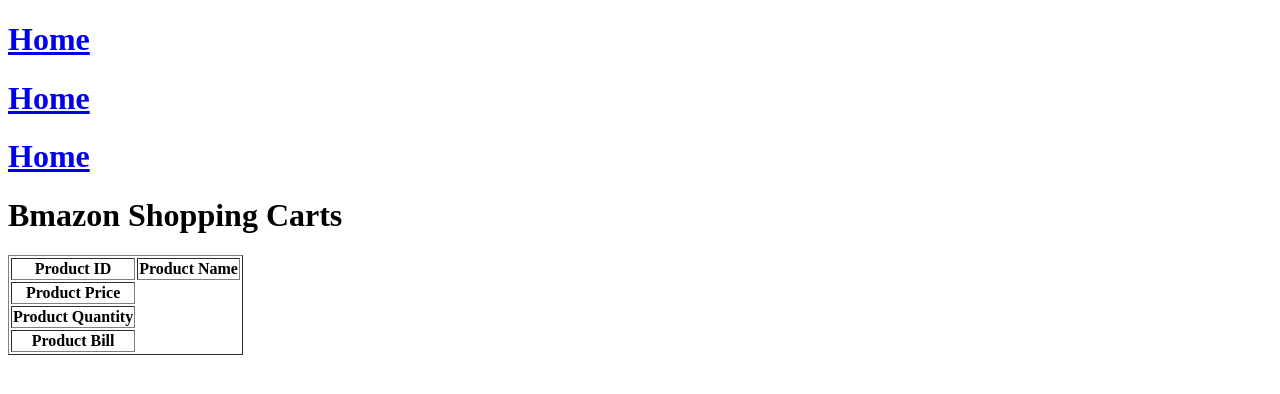
Repository: shivendra05/WebService_SpringRest
Page: http://localhost/23_MVC_JPA/WEB-INF/views/usersData.jsp
An editor plug-in stored every save of this project. The page is shown before and after the next save, followed by the edit.
The browser window is 1280 px wide. The pictures show the whole page.
The page is served by Tomcat 9. Nobody is signed in. Other server files are loaded and not shown. The template is opened directly, without the code that normally fills it, so the values that code supplies are empty.

Above is the page before, as saved 2021-12-07 12:45:43.

### SpringBoot@7AM/23_MVC_JPA/src/main/webapp/WEB-INF/views/usersData.jsp
<%@ page language="java" contentType="text/html; charset=ISO-8859-1"
	pageEncoding="ISO-8859-1" isELIgnored="false"%>
<%@taglib prefix="c" uri="http://java.sun.com/jsp/jstl/core"%>
<!DOCTYPE html>
<html>
<head>
<meta charset="ISO-8859-1">
<title>Insert title here</title>
</head>

<span>
 <h1><a href="productHome">Home</a></h1>
 <h1><a href="productHome">Home</a></h1>
 <h1><a href="All Products">Home</a></h1>
</span>
<body>
	<h1>Bmazon Shopping Carts</h1>

	<table border="1">
		<tr>
		<th>Product ID</th>
		<th>Product Name</tr>
		<th>Product Price</tr>
		<th>Product Quantity</tr>
		<th>Product Bill</tr>
		<c:forEach items="${prodList}" var="list">
			<tr>
				<td>${list.name}</td>
				<td>${list.qty}</td>
				<td>${list.gst}</td>
				<td>${list.bill}</td>
				<td>${list.price}</td>
			</tr>
		</c:forEach>
	</table>

</body>
</html>

After the next save:
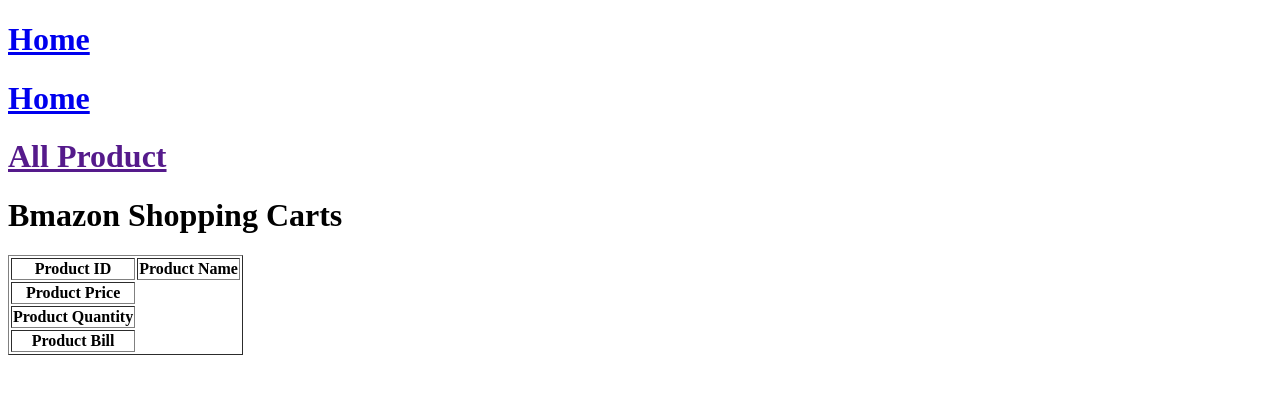
Saved 16 s later.
--- a/SpringBoot@7AM/23_MVC_JPA/src/main/webapp/WEB-INF/views/usersData.jsp
+++ b/SpringBoot@7AM/23_MVC_JPA/src/main/webapp/WEB-INF/views/usersData.jsp
@@ -11,7 +11,7 @@
 <span>
  <h1><a href="productHome">Home</a></h1>
  <h1><a href="productHome">Home</a></h1>
- <h1><a href="All Products">Home</a></h1>
+ <h1><a href="">All Product</a></h1>
 </span>
 <body>
 	<h1>Bmazon Shopping Carts</h1>
